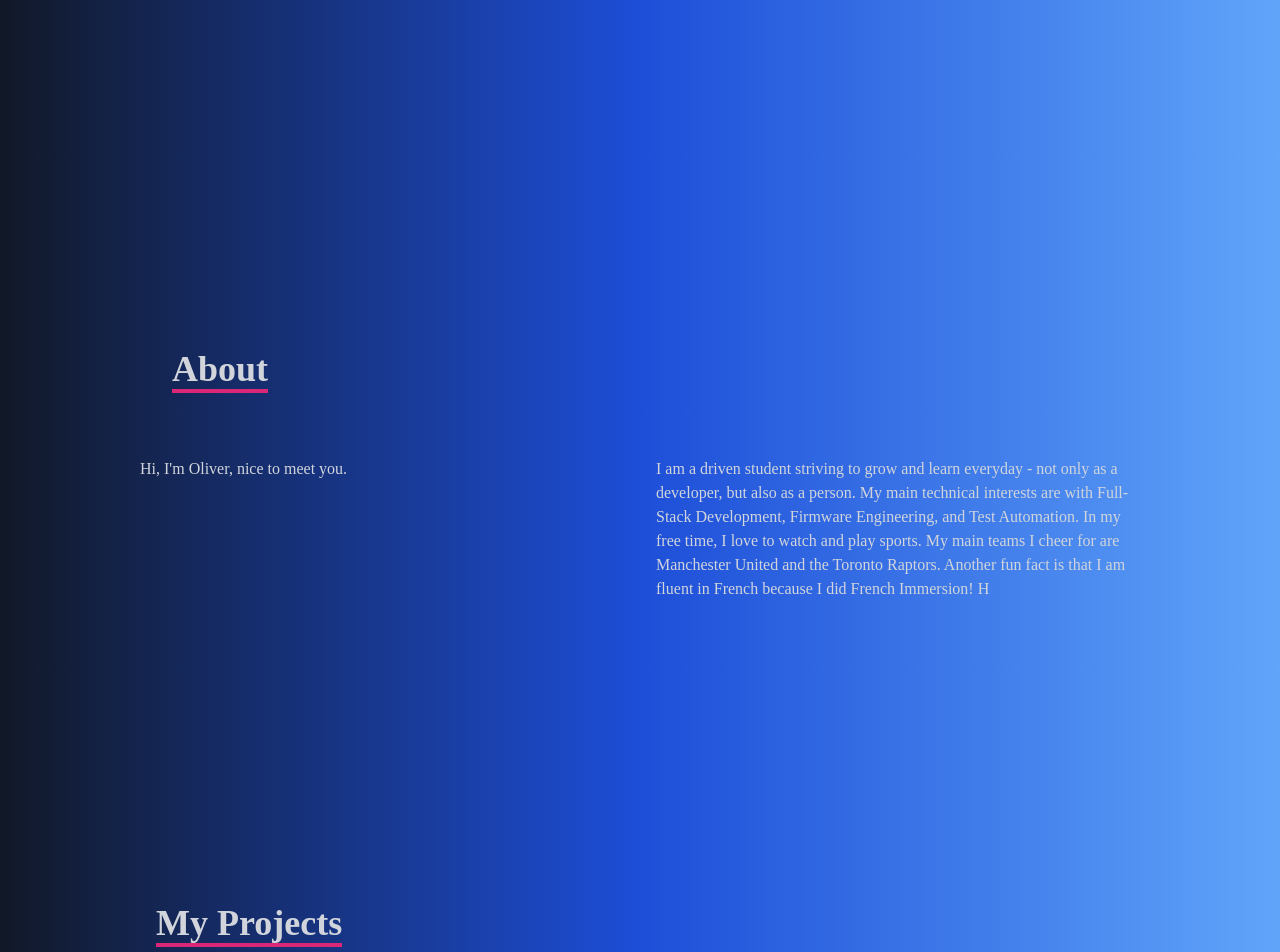
Repository: olichengus/Project-Portfolio
Page: /
The author's editor kept a copy of each file at every save. The page is drawn from the files as they stood at one save, then again after the next save.
The browser window is 1280 px wide. The pictures show the part of the page from y = 605 to 1557 px (the page is 2160 px tall).
The project was rebuilt for these pictures with package versions that can differ from the ones it lists, and the page was loaded fresh each time.

Above is the page before, as saved 2024-02-10 00:36:00.

After the next save:
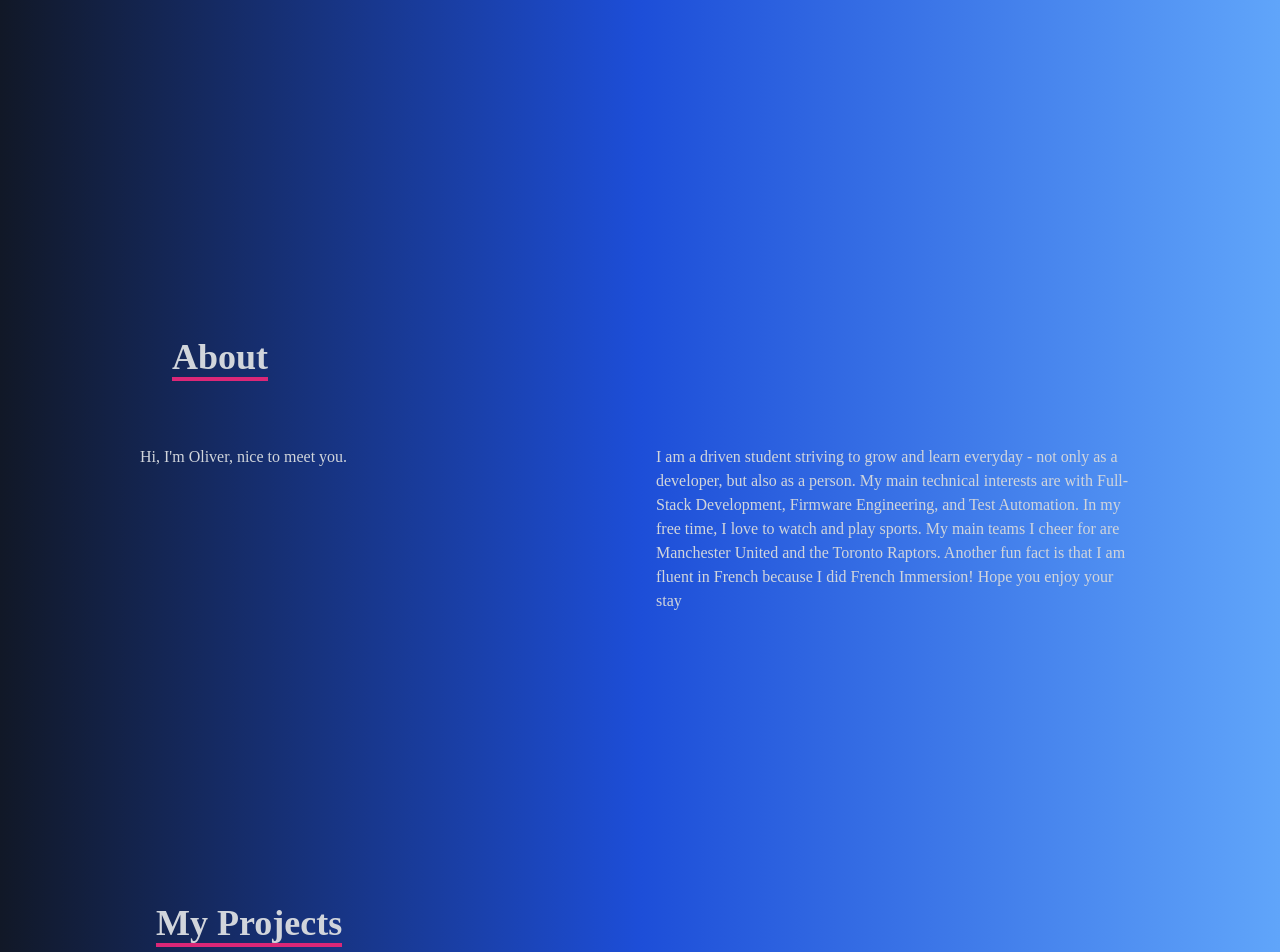
Saved 8 s later.
--- a/src/components/About.jsx
+++ b/src/components/About.jsx
@@ -15,7 +15,7 @@ const About = () => {
                         <p>Hi, I'm Oliver, nice to meet you.</p>
                     </div>
                     <div>
-                        I am a driven student striving to grow and learn everyday - not only as a developer, but also as a person. My main technical interests are with Full-Stack Development, Firmware Engineering, and Test Automation. In my free time, I love to watch and play sports. My main teams I cheer for are Manchester United and the Toronto Raptors. Another fun fact is that I am fluent in French because I did French Immersion! H
+                        I am a driven student striving to grow and learn everyday - not only as a developer, but also as a person. My main technical interests are with Full-Stack Development, Firmware Engineering, and Test Automation. In my free time, I love to watch and play sports. My main teams I cheer for are Manchester United and the Toronto Raptors. Another fun fact is that I am fluent in French because I did French Immersion! Hope you enjoy your stay
                     </div>
                 </div>
             </div>
